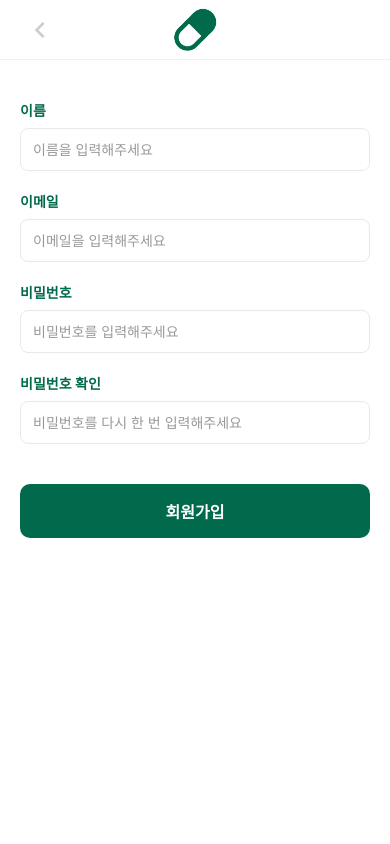
Repository: Sesac-icare/FrontEndiCare
Screen: /SignUp (app in iCare/)
These files come from the project's save history. The screen is drawn as it stood at one moment and after the next save; the edit follows.
The app was drawn by React Native's web renderer in a window 390 px wide. The project was rebuilt for these pictures with package versions that can differ from the ones it lists, and the page was loaded fresh each time. Some packages were replaced by stand-ins written for this rebuild. Also part of the build but not shown: iCare/components/Header.js, iCare/components/Contents.js, iCare/components/HospitalList.js, iCare/components/PharmacyList.js, iCare/components/MyPage.js.

Above is the screen before, as saved 2025-02-06 10:09:34.

### iCare/index.js
import { registerRootComponent } from "expo";

import App from "./App";

// registerRootComponent calls AppRegistry.registerComponent('main', () => App);
// It also ensures that whether you load the app in Expo Go or in a native build,
// the environment is set up appropriately
registerRootComponent(App);

// import { AppRegistry } from "react-native";
// import App from "./src/App";
// import { iCare } from "./app.json";

// import appConfig from "./app.json";

// const appName = appConfig.expo.name;

// AppRegistry.registerComponent(appName, () => App);

### iCare/App.js
import React, { useState, useEffect } from "react";
import { NavigationContainer } from "@react-navigation/native";
import { createNativeStackNavigator } from "@react-navigation/native-stack";
import { createBottomTabNavigator } from "@react-navigation/bottom-tabs";
import { View, StyleSheet, SafeAreaView, Text } from "react-native";
import { MaterialIcons } from "@expo/vector-icons";
import Header from "./components/Header";
import Contents from "./components/Contents";
import Splash from "./components/Splash";
import HospitalList from "./components/HospitalList";
import PharmacyList from "./components/PharmacyList";
import MyPage from "./components/MyPage";
import Login from "./components/auth/Login";
import SignUp from "./components/auth/SignUp";

const Stack = createNativeStackNavigator();
const Tab = createBottomTabNavigator();

// 임시 채팅, 마이페이지 컴포넌트
const ChatScreen = () => (
  <SafeAreaView style={styles.safe}>
    <View style={styles.container}>
      <Header />
      <View style={styles.center}>
        <Text>채팅 화면</Text>
      </View>
    </View>
  </SafeAreaView>
);

const HomeScreen = () => {
  return (
    <SafeAreaView style={styles.safe}>
      <View style={styles.container}>
        <Header />
        <Contents />
      </View>
    </SafeAreaView>
  );
};

// 탭 네비게이터
function TabNavigator() {
  return (
    <Tab.Navigator
      screenOptions={{
        headerShown: false,
        tabBarStyle: {
          height: 60,
          borderTopWidth: 1,
          borderTopColor: "#f0f0f0",
          paddingBottom: 20,
          paddingTop: 10,
          height: 80
        },
        tabBarActiveTintColor: "#016a4c",
        tabBarInactiveTintColor: "#CCCCCC",
        tabBarLabelStyle: {
          paddingBottom: 8,
          fontSize: 12,
          fontWeight: "500",
          marginTop: -4
        },
        tabBarIconStyle: {
          marginTop: -4
        }
      }}
    >
      <Tab.Screen
        name="홈"
        component={HomeScreen}
        options={{
          tabBarIcon: ({ color }) => (
            <MaterialIcons name="home" size={28} color={color} />
          )
        }}
      />
      <Tab.Screen
        name="채팅"
        component={ChatScreen}
        options={{
          tabBarIcon: ({ color }) => (
            <MaterialIcons name="forum" size={28} color={color} />
          )
        }}
      />
      <Tab.Screen
        name="마이페이지"
        component={MyPage}
        options={{
          tabBarIcon: ({ color }) => (
            <MaterialIcons name="person" size={28} color={color} />
          )
        }}
      />
    </Tab.Navigator>
  );
}

const App = () => {
  const [isLoading, setIsLoading] = useState(true);

  useEffect(() => {
    // 3초 후에 스플래시 화면 숨기기
    const timer = setTimeout(() => {
      setIsLoading(false);
    }, 3000);

    return () => clearTimeout(timer);
  }, []);

  if (isLoading) {
    return <Splash />;
  }

  return (
    <NavigationContainer>
      <Stack.Navigator screenOptions={{ headerShown: false }}>
        <Stack.Screen name="Login" component={Login} />
        <Stack.Screen name="SignUp" component={SignUp} />
        <Stack.Screen name="MainTabs" component={TabNavigator} />
        <Stack.Screen name="HospitalList" component={HospitalList} />
        <Stack.Screen name="PharmacyList" component={PharmacyList} />
      </Stack.Navigator>
    </NavigationContainer>
  );
};

const styles = StyleSheet.create({
  safe: {
    flex: 1,
    backgroundColor: "#ffffff"
  },
  container: {
    flex: 1,
    backgroundColor: "#ffffff"
  },
  center: {
    flex: 1,
    justifyContent: "center",
    alignItems: "center"
  },
  button: {
    backgroundColor: "#f0f0f0",
    padding: 14,
    borderRadius: 9,
    marginBottom: 9,
    alignItems: "center"
  },
  buttonText: {
    fontSize: 18,
    color: "green",
    fontFamily: "NotoSansKR"
  }
});

export default App;

### iCare/components/Splash.js
import React from "react";
import { View, Text, StyleSheet, Image, Dimensions } from "react-native";

const { height } = Dimensions.get("window");

export default function Splash() {
  return (
    <View style={styles.container}>
      <View style={styles.logoContainer}>
        <Image
          source={require("../assets/iCareLogo.jpg")}
          style={styles.logo}
          resizeMode="contain"
        />
      </View>
      <View style={styles.footer}>
        <Text style={styles.title}>iCare</Text>
        <Text style={styles.subtitle}>
          아이를 위한 24시간 병원 및 약국 찾기
        </Text>
      </View>
    </View>
  );
}

const styles = StyleSheet.create({
  container: {
    flex: 1,
    backgroundColor: "#016a4c",
    justifyContent: "center"
  },
  logoContainer: {
    position: "absolute",
    top: "40%",
    left: 0,
    right: 0,
    alignItems: "center"
  },
  logo: {
    width: 200,
    height: 200
  },
  footer: {
    position: "absolute",
    bottom: 80,
    left: 0,
    right: 0,
    alignItems: "center"
  },
  title: {
    fontSize: 36,
    color: "#12b67a",
    marginBottom: 8,
    fontFamily: "NotoSansKR",
    fontWeight: "bold"
  },
  subtitle: {
    fontSize: 18,
    color: "white",
    opacity: 0.8,
    fontFamily: "NotoSansKR",
    fontWeight: "400"
  }
});

### iCare/components/auth/Login.js
import React from "react";
import {
  View,
  Text,
  StyleSheet,
  TouchableOpacity,
  SafeAreaView,
  Image,
  TextInput
} from "react-native";
import { MaterialIcons } from "@expo/vector-icons";
import { useNavigation } from "@react-navigation/native";

export default function Login() {
  const navigation = useNavigation();

  return (
    <SafeAreaView style={styles.safe}>
      <View style={styles.container}>
        <View style={styles.header}>
          <Image
            source={require("../../assets/HeaderGreenLogo.png")}
            style={styles.logo}
            resizeMode="contain"
          />
        </View>

        <View style={styles.content}>
          <View style={styles.inputSection}>
            <Text style={styles.label}>이메일</Text>
            <TextInput
              style={styles.input}
              placeholder="이메일을 입력해주세요"
              placeholderTextColor="#999"
            />
          </View>

          <View style={styles.inputSection}>
            <Text style={styles.label}>비밀번호</Text>
            <TextInput
              style={styles.input}
              placeholder="비밀번호를 입력해주세요"
              placeholderTextColor="#999"
              secureTextEntry
            />
          </View>

          <View style={styles.buttonContainer}>
            <TouchableOpacity
              style={styles.button}
              onPress={() => navigation.navigate("SignUp")}
            >
              <Text style={styles.buttonText}>회원가입</Text>
            </TouchableOpacity>

            <TouchableOpacity
              style={[styles.button, styles.loginButton]}
              onPress={() => navigation.navigate("MainTabs")}
            >
              <Text style={[styles.buttonText, styles.loginText]}>로그인</Text>
            </TouchableOpacity>
          </View>
        </View>
      </View>
    </SafeAreaView>
  );
}

const styles = StyleSheet.create({
  safe: {
    flex: 1,
    backgroundColor: "#fff"
  },
  container: {
    flex: 1,
    backgroundColor: "#fff"
  },
  header: {
    height: 60,
    flexDirection: "row",
    alignItems: "center",
    justifyContent: "center",
    borderBottomWidth: 1,
    borderBottomColor: "#f0f0f0",
    backgroundColor: "#fff"
  },
  logo: {
    width: 48,
    height: 48
  },
  content: {
    flex: 1,
    padding: 20,
    justifyContent: "center"
  },
  inputSection: {
    marginBottom: 20
  },
  label: {
    fontSize: 14,
    color: "#016A4C",
    marginBottom: 8,
    fontWeight: "600"
  },
  input: {
    borderWidth: 1,
    borderColor: "#E8E8E8",
    borderRadius: 8,
    padding: 12,
    fontSize: 14,
    color: "#222222"
  },
  buttonContainer: {
    marginTop: 30
  },
  button: {
    backgroundColor: "#fff",
    paddingVertical: 15,
    borderRadius: 10,
    marginBottom: 15,
    alignItems: "center",
    borderWidth: 1,
    borderColor: "#016A4C"
  },
  loginButton: {
    backgroundColor: "#016A4C",
  },
  buttonText: {
    fontSize: 16,
    color: "#016A4C",
    fontWeight: "600"
  },
  loginText: {
    color: "#fff"
  }
});

### iCare/components/auth/SignUp.js
import React from "react";
import {
  View,
  Text,
  StyleSheet,
  TouchableOpacity,
  SafeAreaView,
  Image,
  TextInput,
  ScrollView
} from "react-native";
import { MaterialIcons } from "@expo/vector-icons";
import { useNavigation } from "@react-navigation/native";

export default function SignUp() {
  const navigation = useNavigation();

  return (
    <SafeAreaView style={styles.safe}>
      <View style={styles.container}>
        <View style={styles.header}>
          <TouchableOpacity
            style={styles.backButton}
            onPress={() => navigation.goBack()}
          >
            <MaterialIcons name="chevron-left" size={32} color="#CCCCCC" />
          </TouchableOpacity>
          <Image
            source={require("../../assets/HeaderGreenLogo.png")}
            style={styles.logo}
            resizeMode="contain"
          />
        </View>

        <ScrollView style={styles.content}>
          <View style={styles.inputSection}>
            <Text style={styles.label}>이름</Text>
            <TextInput
              style={styles.input}
              placeholder="이름을 입력해주세요"
              placeholderTextColor="#999"
            />
          </View>

          <View style={styles.inputSection}>
            <Text style={styles.label}>이메일</Text>
            <TextInput
              style={styles.input}
              placeholder="이메일을 입력해주세요"
              placeholderTextColor="#999"
            />
          </View>

          <View style={styles.inputSection}>
            <Text style={styles.label}>비밀번호</Text>
            <TextInput
              style={styles.input}
              placeholder="비밀번호를 입력해주세요"
              placeholderTextColor="#999"
              secureTextEntry
            />
          </View>

          <View style={styles.inputSection}>
            <Text style={styles.label}>비밀번호 확인</Text>
            <TextInput
              style={styles.input}
              placeholder="비밀번호를 다시 한 번 입력해주세요"
              placeholderTextColor="#999"
              secureTextEntry
            />
          </View>

          <TouchableOpacity
            style={styles.signUpButton}
            onPress={() => navigation.navigate("MainTabs")}
          >
            <Text style={styles.signUpButtonText}>회원가입</Text>
          </TouchableOpacity>
        </ScrollView>
      </View>
    </SafeAreaView>
  );
}

const styles = StyleSheet.create({
  safe: {
    flex: 1,
    backgroundColor: "#fff"
  },
  container: {
    flex: 1,
    backgroundColor: "#fff"
  },
  header: {
    height: 60,
    flexDirection: "row",
    alignItems: "center",
    justifyContent: "center",
    borderBottomWidth: 1,
    borderBottomColor: "#f0f0f0",
    backgroundColor: "#fff",
    position: "relative"
  },
  headerTitle: {
    fontSize: 18,
    fontWeight: "bold",
    flex: 1,
    textAlign: "center"
  },
  backButton: {
    position: "absolute",
    left: 20,
    padding: 4
  },
  logo: {
    width: 48,
    height: 48
  },
  content: {
    flex: 1,
    padding: 20,
    paddingTop: 40
  },
  inputWrapper: {
    padding: 20,
    marginTop: 40  // 상단 여백 추가
  },
  inputSection: {
    marginBottom: 20
  },
  label: {
    fontSize: 14,
    color: "#016A4C",
    marginBottom: 8,
    fontWeight: "600"
  },
  input: {
    borderWidth: 1,
    borderColor: "#E8E8E8",
    borderRadius: 8,
    padding: 12,
    fontSize: 14,
    color: "#222222"
  },
  signUpButton: {
    backgroundColor: "#016A4C",
    paddingVertical: 15,
    borderRadius: 10,
    marginTop: 20,
    marginBottom: 40,
    alignItems: "center"
  },
  signUpButtonText: {
    fontSize: 16,
    color: "#fff",
    fontWeight: "600"
  }
});

After the next save:
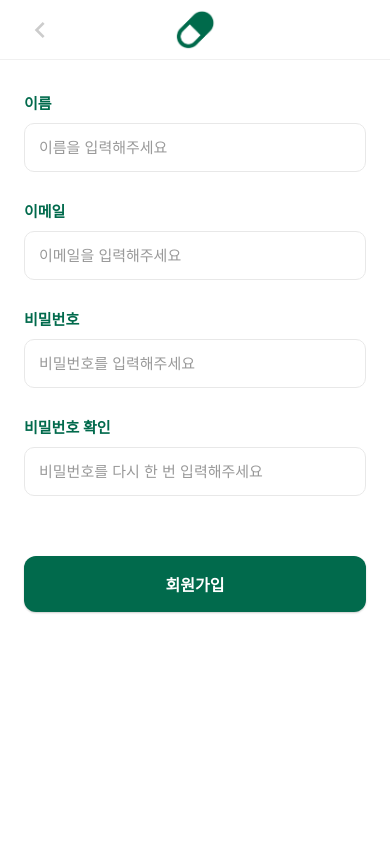
Saved 36 s later.
--- a/iCare/components/auth/SignUp.js
+++ b/iCare/components/auth/SignUp.js
@@ -114,42 +114,51 @@
     padding: 4
   },
   logo: {
-    width: 48,
-    height: 48
+    width: 42,
+    height: 42
   },
   content: {
     flex: 1,
-    padding: 20,
-    paddingTop: 40
+    padding: 24,
+    paddingTop: 32
   },
   inputWrapper: {
     padding: 20,
     marginTop: 40  // 상단 여백 추가
   },
   inputSection: {
-    marginBottom: 20
+    marginBottom: 28
   },
   label: {
-    fontSize: 14,
+    fontSize: 15,
     color: "#016A4C",
-    marginBottom: 8,
+    marginBottom: 10,
     fontWeight: "600"
   },
   input: {
     borderWidth: 1,
     borderColor: "#E8E8E8",
-    borderRadius: 8,
-    padding: 12,
-    fontSize: 14,
-    color: "#222222"
+    borderRadius: 10,
+    padding: 14,
+    fontSize: 15,
+    color: "#222222",
+    backgroundColor: "#fff"
   },
   signUpButton: {
     backgroundColor: "#016A4C",
-    paddingVertical: 15,
-    borderRadius: 10,
-    marginTop: 20,
+    paddingVertical: 16,
+    borderRadius: 12,
+    marginTop: 32,
     marginBottom: 40,
-    alignItems: "center"
+    alignItems: "center",
+    elevation: 1,
+    shadowColor: "#000",
+    shadowOffset: {
+      width: 0,
+      height: 1
+    },
+    shadowOpacity: 0.2,
+    shadowRadius: 2
   },
   signUpButtonText: {
     fontSize: 16,

After the save that followed:
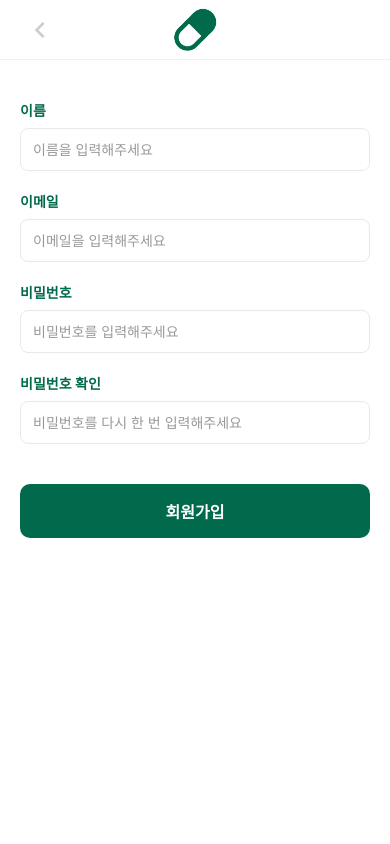
Saved 8 s later.
--- a/iCare/components/auth/SignUp.js
+++ b/iCare/components/auth/SignUp.js
@@ -114,51 +114,42 @@
     padding: 4
   },
   logo: {
-    width: 42,
-    height: 42
+    width: 48,
+    height: 48
   },
   content: {
     flex: 1,
-    padding: 24,
-    paddingTop: 32
+    padding: 20,
+    paddingTop: 40
   },
   inputWrapper: {
     padding: 20,
-    marginTop: 40  // 상단 여백 추가
+    marginTop: 40 // 상단 여백 추가
   },
   inputSection: {
-    marginBottom: 28
+    marginBottom: 20
   },
   label: {
-    fontSize: 15,
+    fontSize: 14,
     color: "#016A4C",
-    marginBottom: 10,
+    marginBottom: 8,
     fontWeight: "600"
   },
   input: {
     borderWidth: 1,
     borderColor: "#E8E8E8",
-    borderRadius: 10,
-    padding: 14,
-    fontSize: 15,
-    color: "#222222",
-    backgroundColor: "#fff"
+    borderRadius: 8,
+    padding: 12,
+    fontSize: 14,
+    color: "#222222"
   },
   signUpButton: {
     backgroundColor: "#016A4C",
-    paddingVertical: 16,
-    borderRadius: 12,
-    marginTop: 32,
+    paddingVertical: 15,
+    borderRadius: 10,
+    marginTop: 20,
     marginBottom: 40,
-    alignItems: "center",
-    elevation: 1,
-    shadowColor: "#000",
-    shadowOffset: {
-      width: 0,
-      height: 1
-    },
-    shadowOpacity: 0.2,
-    shadowRadius: 2
+    alignItems: "center"
   },
   signUpButtonText: {
     fontSize: 16,
